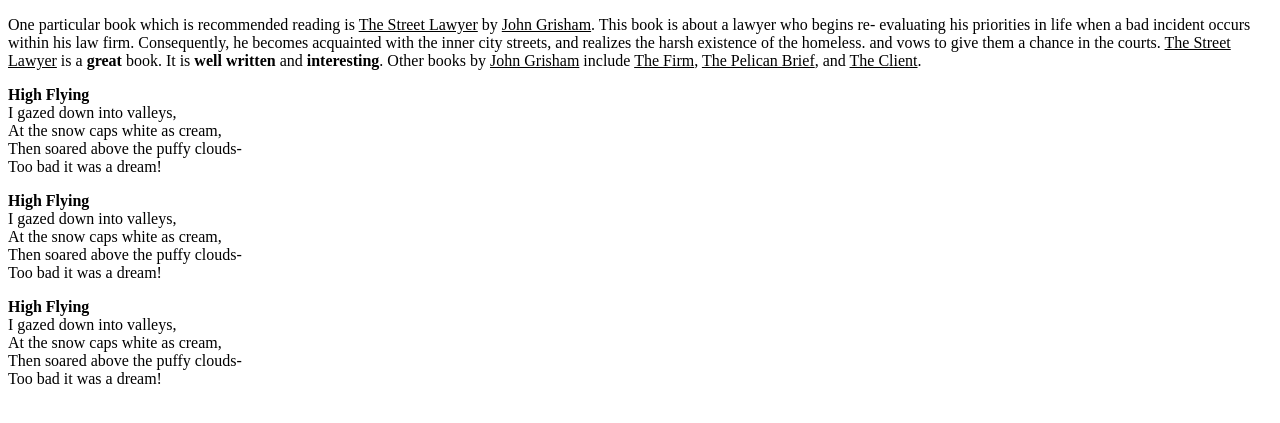
Repository: NguyenPhuSang21023391/HTCNWeb_T1-2
Page: TH_Tuan01/html/bai03.html
These files come from the project's save history. The page is drawn as it stood at one moment and after the next save; the edit follows.
The browser window is 1280 px wide. The pictures show the whole page.

Above is the page before, as saved 2023-02-19 16:09:38.

### TH_Tuan01/html/bai03.html
<!DOCTYPE html>
<html lang="en">
  <head>
    <meta charset="UTF-8" />
    <meta http-equiv="X-UA-Compatible" content="IE=edge" />
    <meta name="viewport" content="width=device-width, initial-scale=1.0" />
    <title>Document</title>
  </head>
  <body>
    <p>
      One particular book which is recommended reading is
      <u>The Street Lawyer</u> by <u>John Grisham</u>. This book is about a
      lawyer who begins re- evaluating his priorities in life when a bad
      incident occurs within his law firm. Consequently, he becomes acquainted
      with the inner city streets, and realizes the harsh existence of the
      homeless. and vows to give them a chance in the courts.
      <u>The Street Lawyer</u> is a <b>great</b> book. It is
      <b>well written</b> and <b>interesting</b>. Other books by
      <u>John Grisham</u> include <u>The Firm</u>, <u>The Pelican Brief</u>, and
      <u>The Client</u>.
    </p>

    <p style="text-align: left: ;;">
      <b>High Flying</b> <br />I gazed down into valleys, <br />At the snow caps
      white as cream,<br />Then soared above the puffy clouds- <br />Too bad it
      was a dream!
    </p>

    <p style="text-align: center: ;;">
      <b>High Flying</b> <br />I gazed down into valleys, <br />At the snow caps
      white as cream,<br />Then soared above the puffy clouds- <br />Too bad it
      was a dream!
    </p>

    <p style="text-align: right: ;;">
      <b>High Flying</b> <br />I gazed down into valleys, <br />At the snow caps
      white as cream,<br />Then soared above the puffy clouds- <br />Too bad it
      was a dream!
    </p>
  </body>
</html>

After the next save:
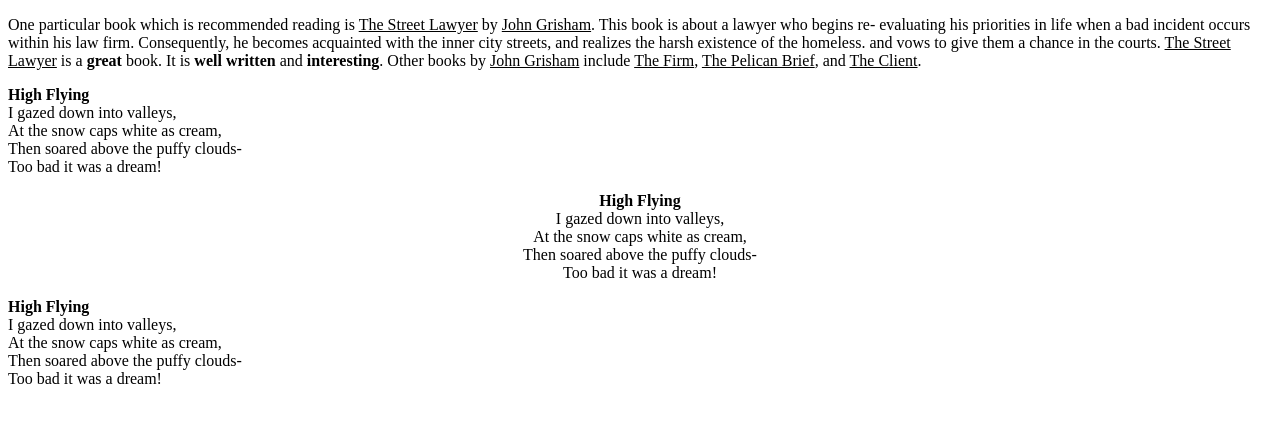
Saved 6 min 27 s later.
--- a/TH_Tuan01/html/bai03.html
+++ b/TH_Tuan01/html/bai03.html
@@ -26,7 +26,7 @@
       was a dream!
     </p>
 
-    <p style="text-align: center: ;;">
+    <p style="text-align: center">
       <b>High Flying</b> <br />I gazed down into valleys, <br />At the snow caps
       white as cream,<br />Then soared above the puffy clouds- <br />Too bad it
       was a dream!
